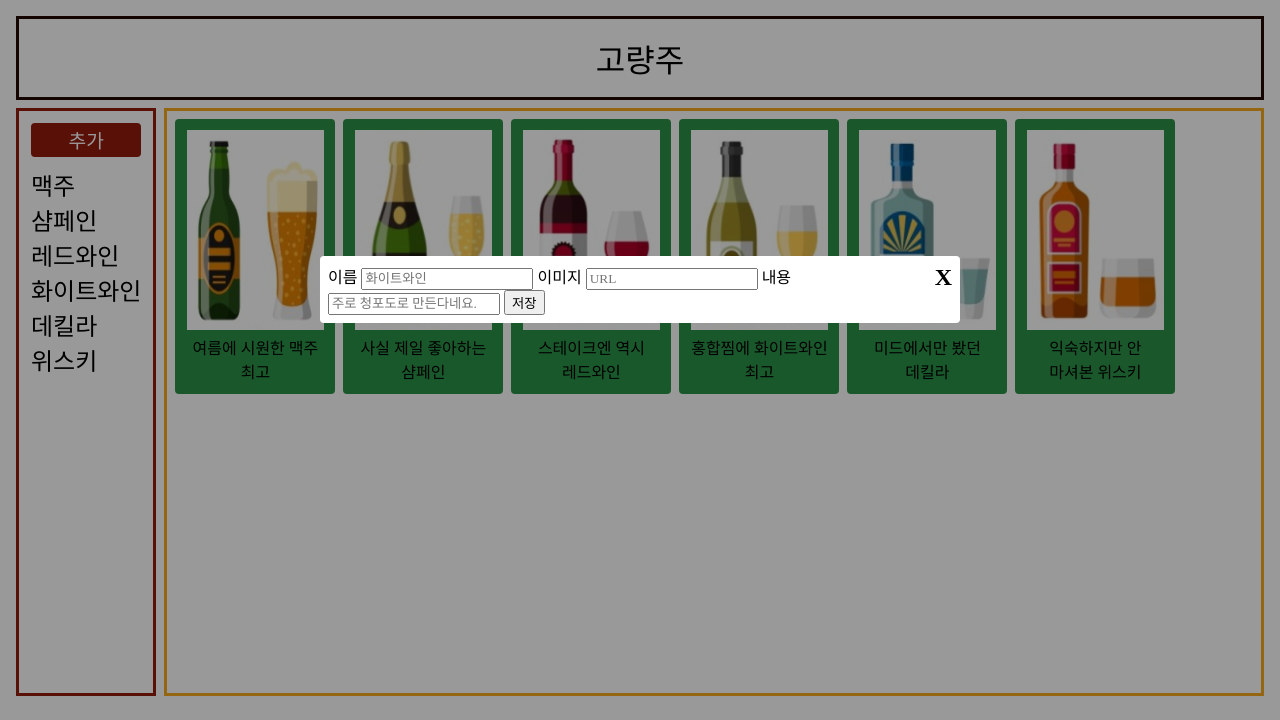
Repository: Jay-JYKim91/grj_2nd_week
Page: index.html
These files come from the project's save history. The page is drawn as it stood at one moment and after the next save; the edit follows.
The browser window is 1280 px wide. The pictures show the whole page.
Some web fonts or font styles are not loaded; a fallback is used.

Above is the page before, as saved 2022-05-16 16:47:34.

After the next save:
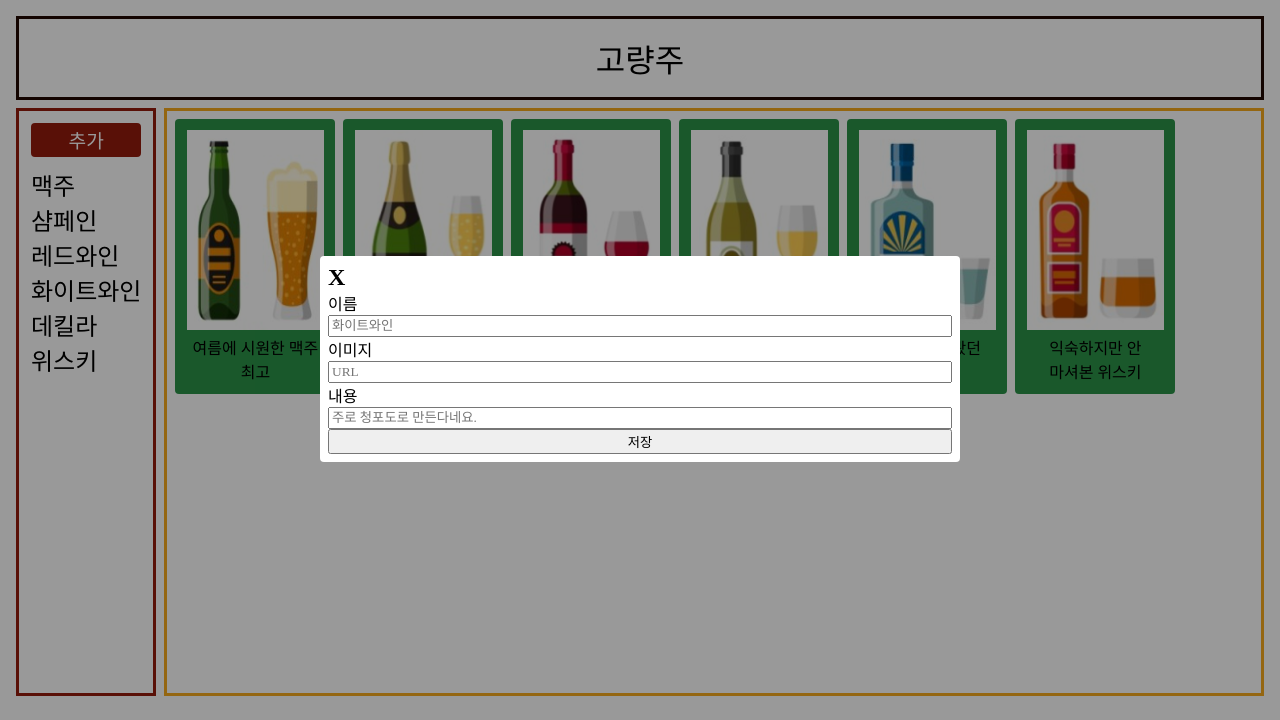
Saved 26 s later.
--- a/styles.css
+++ b/styles.css
@@ -119,6 +119,8 @@ aside {
   padding: 0.5em;
   border-radius: 4px;
   width: 50%; /* Could be more or less, depending on screen size */
+  display: flex;
+  flex-direction: column;
 }
 
 /* The Close Button */
